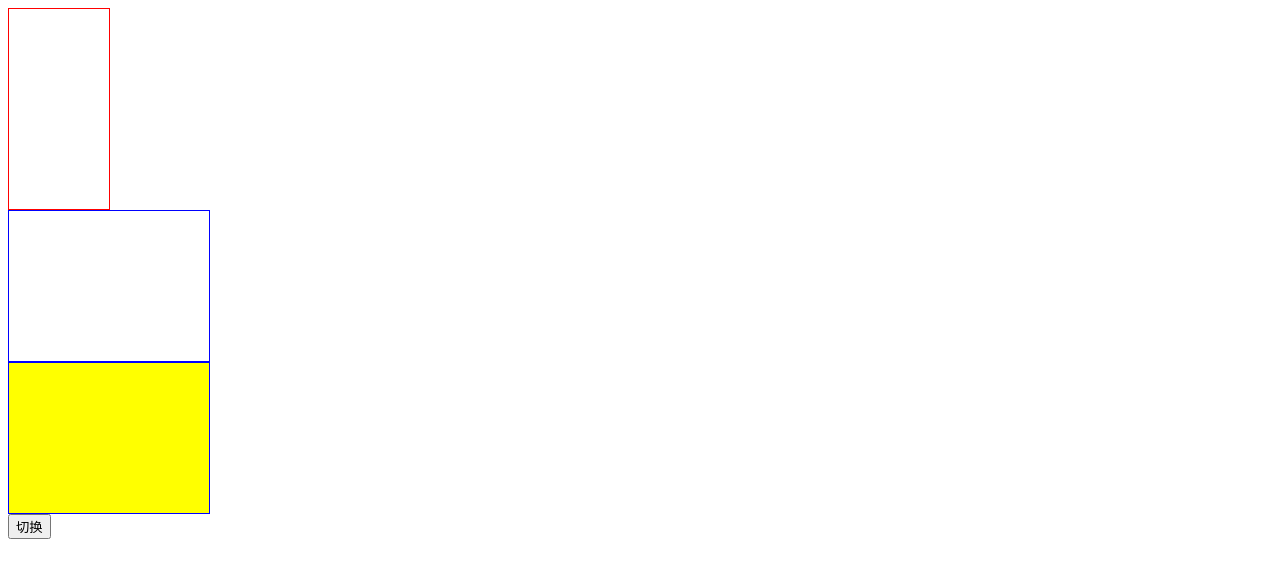
Repository: chenguocan/Vue_demo_1
Page: style样式处理.html
These files come from the project's save history. The page is drawn as it stood at one moment and after the next save; the edit follows.
The browser window is 1280 px wide. The pictures show the whole page.

Above is the page before, as saved 2020-07-20 15:33:24.

### style样式处理.html
<!DOCTYPE html>
<html lang="en">
  <head>
    <meta charset="UTF-8" />
    <meta name="viewport" content="width=device-width, initial-scale=1.0" />
    <title>Document</title>
  </head>
  <body>
    <div id="app">
      <div
        v-bind:style="{border:borderStyle,width:widthStyle,height:heightStyle}"
      ></div>
      <div v-bind:style="objStyle"></div>
      <div v-bind:style="[objStyle,overrideStyle]"></div>
      <button v-on:click="handle">切换</button>
    </div>
  </body>
  <script src="./js/vue.js"></script>
  <script>
    var app = new Vue({
      el: "#app",
      data: {
        borderStyle: "1px solid red",
        widthStyle: "100px",
        heightStyle: "200px",
        objStyle: {
          border: "1px solid blue",
          width: "200px",
          height: "150px",
        },
        overrideStyle: {
          backgroundColor: "yellow",
        },
      },
      methods: {
        handle: function () {
          this.objStyle.width = "300px";
        },
      },
    });
  </script>
</html>

Loaded but not shown: js/vue.js (library)

After the next save:
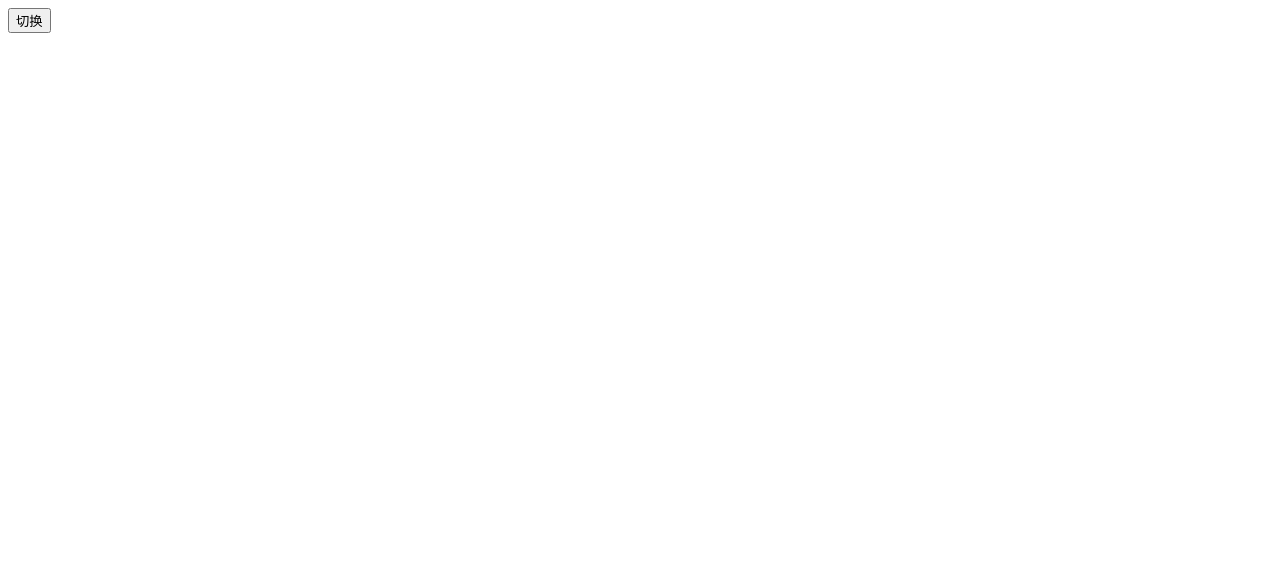
Console error: SyntaxError: Unexpected token '}'
Saved 17 s later.
--- a/style样式处理.html
+++ b/style样式处理.html
@@ -34,7 +34,7 @@
       },
       methods: {
         handle: function () {
-          this.objStyle.width = "300px";
+          this.overrideStyle.backgroundColor="blue",
         },
       },
     });

After the save that followed:
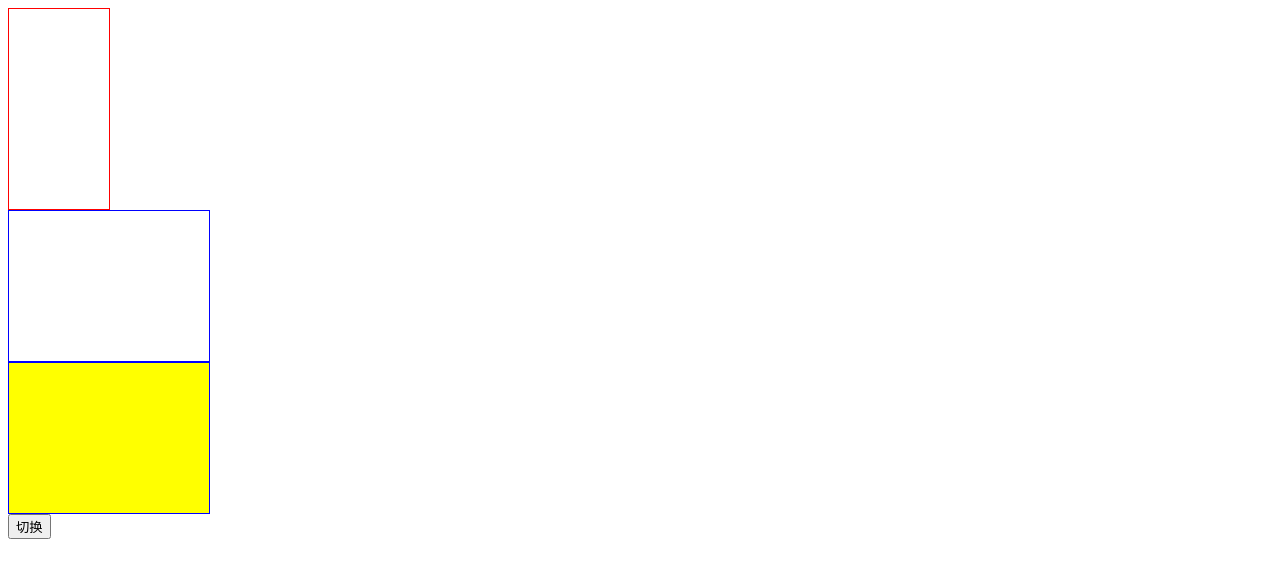
The error is gone.
Saved 6 s later.
--- a/style样式处理.html
+++ b/style样式处理.html
@@ -34,7 +34,7 @@
       },
       methods: {
         handle: function () {
-          this.overrideStyle.backgroundColor="blue",
+          this.overrideStyle.backgroundColor = "blue";
         },
       },
     });
